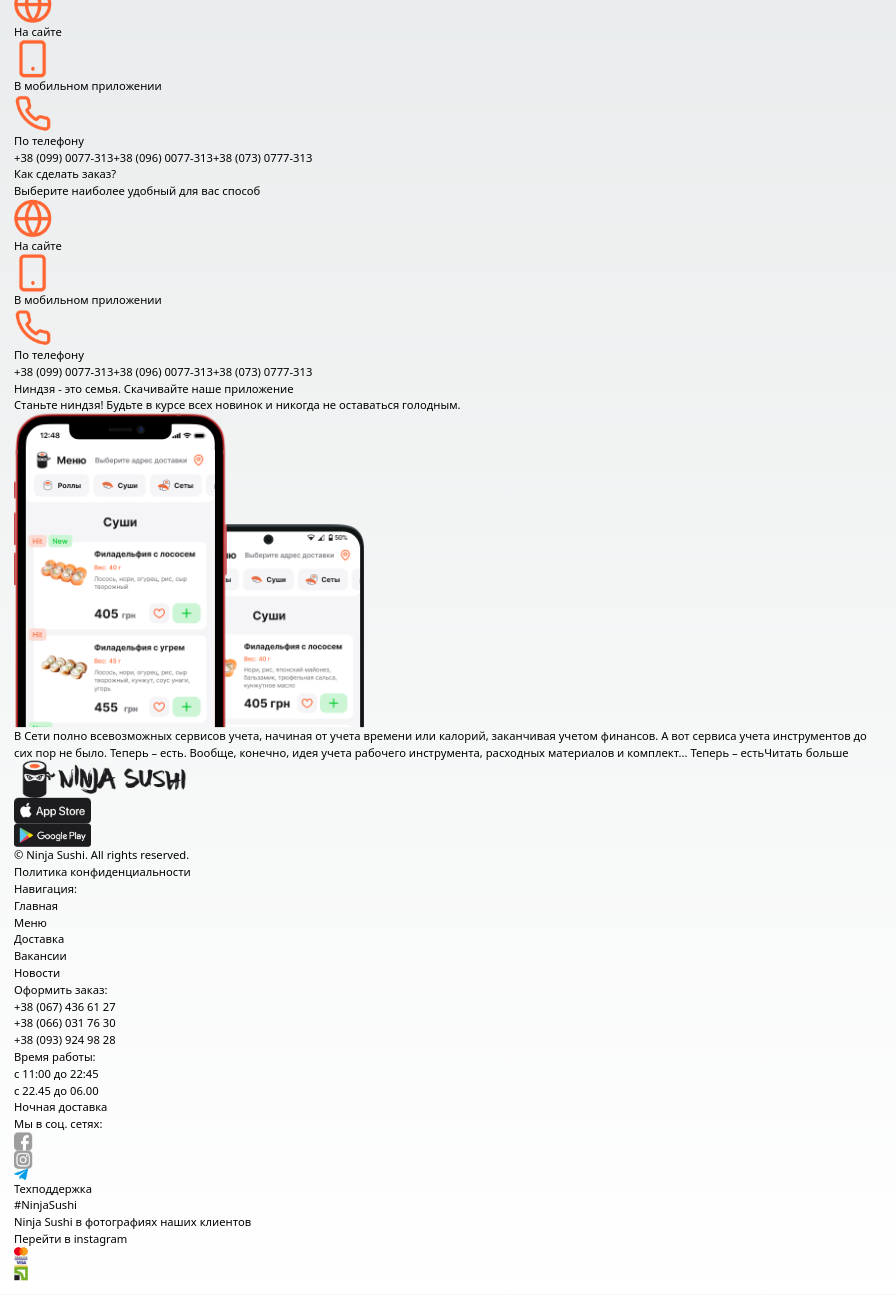
Repository: shokirovG/loyiha
Page: /Delivery
The author's editor kept a copy of each file at every save. The page is drawn from the files as they stood at one save, then again after the next save.
The browser window is 1280 px wide. The pictures show the part of the page from y = 1734 to 3654 px (the page is 3584 px tall before and 3654 px after), at 70% of full size.
The project was rebuilt for these pictures with package versions that can differ from the ones it lists, and the page was loaded fresh each time. The framework's server and built-in components were replaced by stand-ins that run in the browser. Also part of the build but not shown: next.config.js, Components/Burger.jsx, Components/Categories.jsx, Components/Slider.js, Components/OpenNav.jsx.

Above is the page before, as saved 2023-07-02 16:00:44.

### pages/Delivery.jsx
import { Header } from "@/Components";
import DeliveryCards from "@/Components/DeliveryCards";
import Footer from "@/Components/Footer";
import Map from "@/Components/Map";
import React from "react";

const delivery = () => {
  return (
    <div className="container p-5">
      <Header />
      <Map />
      <DeliveryCards />
      <Footer />
    </div>
  );
};

export default delivery;

### Components/index.js
export { default as Header } from "./Header";
export { default as Burger } from "./Burger";
export { default as Categories } from "./Categories";
export { default as Slider } from "./Slider";
export { default as OpenNav } from "./OpenNav";

### Components/DeliveryCards.jsx
import Image from "next/image";
import React from "react";

const DeliveryCards = () => {
  return (
    <div className="w-[1044px] gap-[100px] flex flex-col justify-center items-center border-[5px] h-[2020px] mt-20 m-auto">
      <div className="card_items flex items-start flex-col w-[100%] h-[412px] border-[2px]">
        <h1 className="ml-10 text-[38px] text-[#1D1D1F] font-[700]">
          Как сделать заказ?
        </h1>
        <p className="ml-10 text-[#686870] text-[16px] font-[400]">
          Выберите наиболее удобный для вас способ
        </p>
        <div className="flex w-[100%] justify-center gap-[20px] items-center mt-5">
          <div className="w-[304px] h-[292px] bg-white rounded-[12px] flex flex-col items-center justify-center">
            <Image src={"/imgs/glob.png"} width={54} height={54} />
            <h2 className="text-[#1D1D1F] text-[20px] font-[500] mt-1">
              На сайте
            </h2>
          </div>
          <div className="w-[304px] h-[292px] bg-white rounded-[12px] flex flex-col items-center justify-center">
            <Image src={"/imgs/telNew.png"} width={54} height={54} />
            <h2 className="text-[#1D1D1F] text-[20px] font-[500] mt-1">
              В мобильном приложении
            </h2>
          </div>
          <div className="w-[304px] h-[292px] bg-white rounded-[12px] flex flex-col items-center justify-center">
            <Image src={"/imgs/telcha.png"} width={54} height={54} />
            <h2 className="text-[#1D1D1F] text-[20px] font-[500] mt-1">
              По телефону
            </h2>
            <span className="mt-1 flex items-center justify-center w-[175px] h-[34px] bg-[#F5F5F7] rounded-[24px]">
              +38 (099) 0077-313
            </span>
            <span className="mt-1 flex items-center justify-center w-[175px] h-[34px] bg-[#F5F5F7] rounded-[24px]">
              +38 (096) 0077-313
            </span>
            <span className="mt-1 flex items-center justify-center w-[175px] h-[34px] bg-[#F5F5F7] rounded-[24px]">
              +38 (073) 0777-313
            </span>
          </div>
        </div>
      </div>
      <div className="card_items flex items-start flex-col w-[100%] h-[412px] border-[2px]">
        <h1 className="ml-10 text-[38px] text-[#1D1D1F] font-[700]">Оплата</h1>
        <p className="ml-10 text-[#686870] text-[16px] font-[400]">
          Убедитесь, что стоимость вашего заказа равна или превышает 400 гривен
        </p>
        <div className="flex w-[100%] justify-center gap-[20px] items-center mt-5">
          <div className="w-[304px] h-[292px] bg-white rounded-[12px] flex flex-col items-center justify-center">
            <Image src={"/imgs/glob.png"} width={54} height={54} />
            <h2 className="text-center text-[#1D1D1F] text-[20px] font-[500] mt-1">
              Наличными курьеру
            </h2>
            <p className="ml-10 text-[#686870] text-[16px] font-[400]">
              У наших ниндзя всегда есть сдача
            </p>
          </div>
          <div className="w-[304px] h-[292px] bg-white rounded-[12px] flex flex-col items-center justify-center">
            <Image src={"/imgs/telNew.png"} width={54} height={54} />
            <h2 className="text-[#1D1D1F] text-[20px] font-[500] mt-1">
              В мобильном приложении
            </h2>
          </div>
          <div className="w-[304px] h-[292px] bg-white rounded-[12px] flex flex-col items-center justify-center">
            <Image src={"/imgs/telcha.png"} width={54} height={54} />
            <h2 className="text-[#1D1D1F] text-[20px] font-[500] mt-1">
              По телефону
            </h2>
            <span className="mt-1 flex items-center justify-center w-[175px] h-[34px] bg-[#F5F5F7] rounded-[24px]">
              +38 (099) 0077-313
            </span>
            <span className="mt-1 flex items-center justify-center w-[175px] h-[34px] bg-[#F5F5F7] rounded-[24px]">
              +38 (096) 0077-313
            </span>
            <span className="mt-1 flex items-center justify-center w-[175px] h-[34px] bg-[#F5F5F7] rounded-[24px]">
              +38 (073) 0777-313
            </span>
          </div>
        </div>
      </div>
      <div className="card_items flex items-start flex-col w-[100%] h-[412px] border-[2px]">
        <h1 className="ml-10 text-[38px] text-[#1D1D1F] font-[700]">
          Как сделать заказ?
        </h1>
        <p className="ml-10 text-[#686870] text-[16px] font-[400]">
          Выберите наиболее удобный для вас способ
        </p>
        <div className="flex w-[100%] justify-center gap-[20px] items-center mt-5">
          <div className="w-[304px] h-[292px] bg-white rounded-[12px] flex flex-col items-center justify-center">
            <Image src={"/imgs/glob.png"} width={54} height={54} />
            <h2 className="text-[#1D1D1F] text-[20px] font-[500] mt-1">
              На сайте
            </h2>
          </div>
          <div className="w-[304px] h-[292px] bg-white rounded-[12px] flex flex-col items-center justify-center">
            <Image src={"/imgs/telNew.png"} width={54} height={54} />
            <h2 className="text-[#1D1D1F] text-[20px] font-[500] mt-1">
              В мобильном приложении
            </h2>
          </div>
          <div className="w-[304px] h-[292px] bg-white rounded-[12px] flex flex-col items-center justify-center">
            <Image src={"/imgs/telcha.png"} width={54} height={54} />
            <h2 className="text-[#1D1D1F] text-[20px] font-[500] mt-1">
              По телефону
            </h2>
            <span className="mt-1 flex items-center justify-center w-[175px] h-[34px] bg-[#F5F5F7] rounded-[24px]">
              +38 (099) 0077-313
            </span>
            <span className="mt-1 flex items-center justify-center w-[175px] h-[34px] bg-[#F5F5F7] rounded-[24px]">
              +38 (096) 0077-313
            </span>
            <span className="mt-1 flex items-center justify-center w-[175px] h-[34px] bg-[#F5F5F7] rounded-[24px]">
              +38 (073) 0777-313
            </span>
          </div>
        </div>
      </div>
      <div className="card_items flex items-start flex-col w-[100%] h-[412px] border-[2px]">
        <h1 className="ml-10 text-[38px] text-[#1D1D1F] font-[700]">
          Как сделать заказ?
        </h1>
        <p className="ml-10 text-[#686870] text-[16px] font-[400]">
          Выберите наиболее удобный для вас способ
        </p>
        <div className="flex w-[100%] justify-center gap-[20px] items-center mt-5">
          <div className="w-[304px] h-[292px] bg-white rounded-[12px] flex flex-col items-center justify-center">
            <Image src={"/imgs/glob.png"} width={54} height={54} />
            <h2 className="text-[#1D1D1F] text-[20px] font-[500] mt-1">
              На сайте
            </h2>
          </div>
          <div className="w-[304px] h-[292px] bg-white rounded-[12px] flex flex-col items-center justify-center">
            <Image src={"/imgs/telNew.png"} width={54} height={54} />
            <h2 className="text-[#1D1D1F] text-[20px] font-[500] mt-1">
              В мобильном приложении
            </h2>
          </div>
          <div className="w-[304px] h-[292px] bg-white rounded-[12px] flex flex-col items-center justify-center">
            <Image src={"/imgs/telcha.png"} width={54} height={54} />
            <h2 className="text-[#1D1D1F] text-[20px] font-[500] mt-1">
              По телефону
            </h2>
            <span className="mt-1 flex items-center justify-center w-[175px] h-[34px] bg-[#F5F5F7] rounded-[24px]">
              +38 (099) 0077-313
            </span>
            <span className="mt-1 flex items-center justify-center w-[175px] h-[34px] bg-[#F5F5F7] rounded-[24px]">
              +38 (096) 0077-313
            </span>
            <span className="mt-1 flex items-center justify-center w-[175px] h-[34px] bg-[#F5F5F7] rounded-[24px]">
              +38 (073) 0777-313
            </span>
          </div>
        </div>
      </div>
    </div>
  );
};

export default DeliveryCards;

### Components/Footer.jsx
import Image from "next/image";
import Link from "next/link";
import React from "react";

const Footer = () => {
  return (
    <div className="bigOne w-[100%] min-h-[160vh] gap-[50px] text-[16px] text-[#9E9E9E] flex flex-col justify-between mt-10">
      <div className="fex justify-around adv w-[100%] border-[3px]">
        <div>
          <h1>Ниндзя - это семья. Скачивайте наше приложение</h1>
          <p>
            Станьте ниндзя! Будьте в курсе всех новинок и никогда не оставаться
            голодным.
          </p>
        </div>
        <Image src={"/imgs/newTel.png"} width={500} height={644} />
      </div>
      <p className="paragraph w-[60%] text-center m-auto">
        В Сети полно всевозможных сервисов учета, начиная от учета времени или
        калорий, заканчивая учетом финансов. А вот сервиса учета инструментов до
        сих пор не было. Теперь – есть. Вообще, конечно, идея учета рабочего
        инструмента, расходных материалов и комплект... Теперь – есть
        <span className="float-right text-[#00CC2D] mt-2">Читать больше</span>
      </p>
      <div className="footer flex items-center justify-evenly max-w-[100%] bg-white min-h-[376px] rounded-lg">
        <div className="w-[246px] h-[248px] flex flex-col items-center justify-between">
          <div className="w-[246px] h-[156px] flex flex-col items-center justify-around">
            <Image src={"/imgs/logo.png"} width={246} height={59} />
            <div className="w-[246px] flex justify-around">
              <Image src={"/imgs/appstore.png"} width={110} height={37} />
              <Image src={"/imgs/google.png"} width={110} height={37} />
            </div>
            <span className="text-[14px]">
              © Ninja Sushi. All rights reserved.
            </span>
          </div>
          <span className="text-[14px] text-[#1D1D1F] font-[500]">
            Политика конфиденциальности
          </span>
        </div>
        <div className="footer_items max-w-[754px] min-h-[184px] flex justify-between gap-10 mb-5">
          <ul className="flex flex-col gap-[5px] w-[101px] h-[100%]">
            <li className="text-[14px] text-[#686870]">Навигация:</li>
            <li>
              <Link
                className="text-[16px] text-[#1D1D1F] font-[500]"
                href={"/"}
              >
                Главная
              </Link>
            </li>
            <li>
              <Link
                className="text-[16px] text-[#1D1D1F] font-[500]"
                href={"#"}
              >
                Меню
              </Link>
            </li>
            <li>
              <Link
                className="text-[16px] text-[#1D1D1F] font-[500]"
                href={"#"}
              >
                Доставка
              </Link>
            </li>
            <li>
              <Link
                className="text-[16px] text-[#1D1D1F] font-[500]"
                href={"#"}
              >
                Вакансии
              </Link>
            </li>
            <li>
              <Link
                className="text-[16px] text-[#1D1D1F] font-[500]"
                href={"#"}
              >
                Новости
              </Link>
            </li>
          </ul>

          <ul className="w-[168px] h-[120px] flex flex-col items-start gap-[5px]">
            <li className="text-[14px] text-[#686870]">Оформить заказ:</li>
            <li>
              <Link
                className="text-[16px] text-[#1D1D1F] font-[500]"
                href={"/"}
              >
                +38 (067) 436 61 27
              </Link>
            </li>
            <li>
              <Link
                className="text-[16px] text-[#1D1D1F] font-[500]"
                href={"#"}
              >
                +38 (066) 031 76 30
              </Link>
            </li>
            <li>
              <Link
                className="text-[16px] text-[#1D1D1F] font-[500]"
                href={"#"}
              >
                +38 (093) 924 98 28
              </Link>
            </li>
          </ul>

          <ul className="w-[137px] h-[120px] flex flex-col items-start gap-[5px]">
            <li className="text-[14px] text-[#686870]">Время работы:</li>
            <li>
              <Link
                className="text-[16px] text-[#1D1D1F] font-[500]"
                href={"/"}
              >
                с 11:00 до 22:45
              </Link>
            </li>
            <li>
              <Link
                className="text-[16px] text-[#1D1D1F] font-[500]"
                href={"#"}
              >
                с 22.45 до 06.00
              </Link>
            </li>
            <li className="text-[14px] text-[#686870]">Ночная доставка</li>
          </ul>

          <div className="w-[174px] h-[120px] flex flex-col gap-[12px]">
            <span>Мы в соц. сетях:</span>
            <div className="flex w-[64px] h-[26px] justify-between">
              <Image src={"/imgs/face.png"} width={26} height={26} />
              <Image src={"/imgs/insta.png"} width={26} height={26} />
            </div>
            <button className="w-[160px] h-[40px] bg-[#F5F5F7] rounded-lg flex justify-around items-center p-[12px]">
              <Image src={"/imgs/telegram.png"} width={20} height={16} />
              <Link
                className="text-[#039BE5] text-[16px] font-mono font-[500]"
                href={"#"}
              >
                Техподдержка
              </Link>
            </button>
          </div>
        </div>
        <div className="mb-[40px] ml-12 others w-[246px] min-h-[248px] flex flex-col justify-between pt-[20px] items-center">
          <div className="w-[246px] h-[194] gap-[5px] flex flex-col">
            <h1
              className="title text-[42px] text-[#1D1D1F] font-[700]"
              id="title"
            >
              #NinjaSushi
            </h1>
            <p className="text-[#9E9E9E] text-[16px] line-[24px]" id="texts">
              Ninja Sushi в фотографиях наших клиентов
            </p>
            <button
              id="button"
              className="w-[246px] h-[56px] bg-[#F5F5F7] rounded-[12px] text-[#00CC2D] font-[500] text-[16px] font-[Inter]"
            >
              <Link href={"https://www.instagram.com/bektoshevich_01/"}>
                Перейти в instagram
              </Link>
            </button>
          </div>
          <div className="flex w-[105px] h-[18px] justify-around">
            <Image src={"/imgs/master.png"} width={20} height={16} />
            <Image src={"/imgs/visa.png"} width={20} height={16} />
            <Image src={"/imgs/pg.png"} width={20} height={16} />
          </div>
        </div>
      </div>
    </div>
  );
};

export default Footer;

### Components/Map.jsx
import React from "react";

const Map = () => {
  return (
    <div className="mt-10 bg-white p-[10px] rounded-lg">
      <p className="text-[#1D1D1F] text-[38px] font-mono font-[700] text-center w-[75%] m-auto mb-10">
        Каждая кухня работает со своей зоной доставки, чтобы привезти еду
        максимально быстро
      </p>
      <iframe
        src="https://www.google.com/maps/embed?pb=!1m14!1m12!1m3!1d6208606.72630882!2d63.60678502500006!3d40.55161279105365!2m3!1f0!2f0!3f0!3m2!1i1024!2i768!4f13.1!5e0!3m2!1sen!2s!4v1688101336875!5m2!1sen!2s"
        width="100%"
        height="600"
        className="rounded-2xl"
        allowFullScreen=""
        loading="lazy"
        referrerpolicy="no-referrer-when-downgrade"
      ></iframe>
    </div>
  );
};

export default Map;

### Components/Header.jsx
"use client";

import React from "react";
import Image from "next/image";
import { Burger } from ".";
import Link from "next/link";

const Header = () => {
  return (
    <header
      id="header"
      className="sm:w-auto p-5 md:flex lg:flex xl:flex items-center w-screen justify-around h-24 bg-white mb-[16px]"
    >
      <div className="w-52 h-12" id="logo">
        <Link href="/" className="">
          <Image src="/imgs/logo.PNG" alt="logo" width={214} height={48} />
        </Link>
      </div>
      <div
        id="nav"
        className="w-3/4 sm:flex md:flex md:items-center md:justify-between lg:flex lg:items-center lg:justify-between"
      >
        <ul
          id="navbar"
          className="lg:flex xl:flex md:flex 2xl:flex items-center w-3/6 justify-between gap-12 md:gap-2 lg:gap-12"
        >
          <li
            id="flag"
            className="flex w-20 justify-around items-center g-4 h-3"
          >
            <Image src="/imgs/flag.PNG" alt="logo" width={20} height={2} />
            <a href="#" className="ml-2">
              Киев
            </a>
          </li>
          <li className="">
            <a href="#" className="">
              Главная
            </a>
          </li>
          <li className="">
            <a href="#" className="">
              Доставка
            </a>
          </li>
          <li className="w-12 flex">
            <a href="#" className="w-12">
              О нас
            </a>
          </li>
          <li className="">
            <a href="#" className="">
              Новости
            </a>
          </li>
          <li className="flex items-center" id="last">
            <a
              href="#"
              id="last"
              className="w-48 justify-around flex items-center"
            >
              <Image src="/imgs/tel.PNG" alt="logo" width={24} height={24} />
              <span>+38 097 699 34 38</span>
            </a>
          </li>
        </ul>
        <div id="btns" className="flex items-center w-80 h-14">
          <div className="flex w-12 border items-center justify-center h-12 rounded-lg">
            <Image src="/imgs/bell.PNG" alt="logo" width={24} height={24} />
          </div>
          <div className="flex w-12 border items-center ml-2 justify-center h-12 rounded-lg">
            <Image src="/imgs/like.PNG" alt="logo" width={24} height={24} />
          </div>
          <div className="flex w-12 border items-center ml-2 justify-center h-12 rounded-lg">
            <Image src="/imgs/person.PNG" alt="logo" width={24} height={24} />
          </div>
          <div className="flex w-32 justify-around ml-2 border items-center h-12 rounded-lg">
            <span>Корзина</span>
            <Image src="/imgs/cart.PNG" alt="logo" width={24} height={24} />
          </div>
        </div>
      </div>

      {/* <Burger /> */}
    </header>
  );
};
export default Header;

Loaded but not shown: pages/_app.js (common file); pages/_document.js (common file); styles/globals.css (common file); tailwind.config.js (common file)

After the next save:
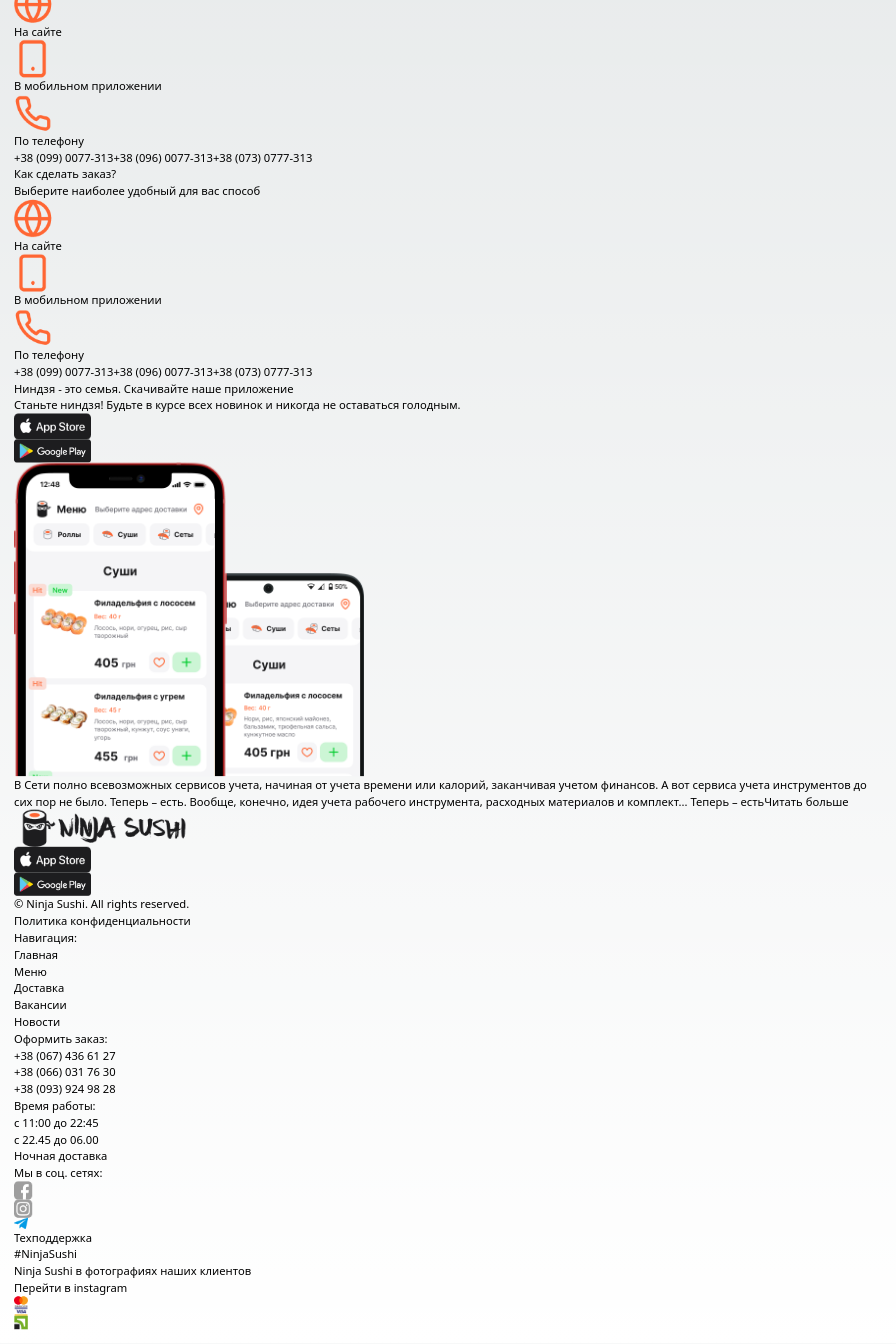
Saved 52 s later.
--- a/Components/Footer.jsx
+++ b/Components/Footer.jsx
@@ -12,6 +12,10 @@
             Станьте ниндзя! Будьте в курсе всех новинок и никогда не оставаться
             голодным.
           </p>
+          <div className="w-[246px] flex justify-around">
+            <Image src={"/imgs/appstore.png"} width={110} height={37} />
+            <Image src={"/imgs/google.png"} width={110} height={37} />
+          </div>
         </div>
         <Image src={"/imgs/newTel.png"} width={500} height={644} />
       </div>
